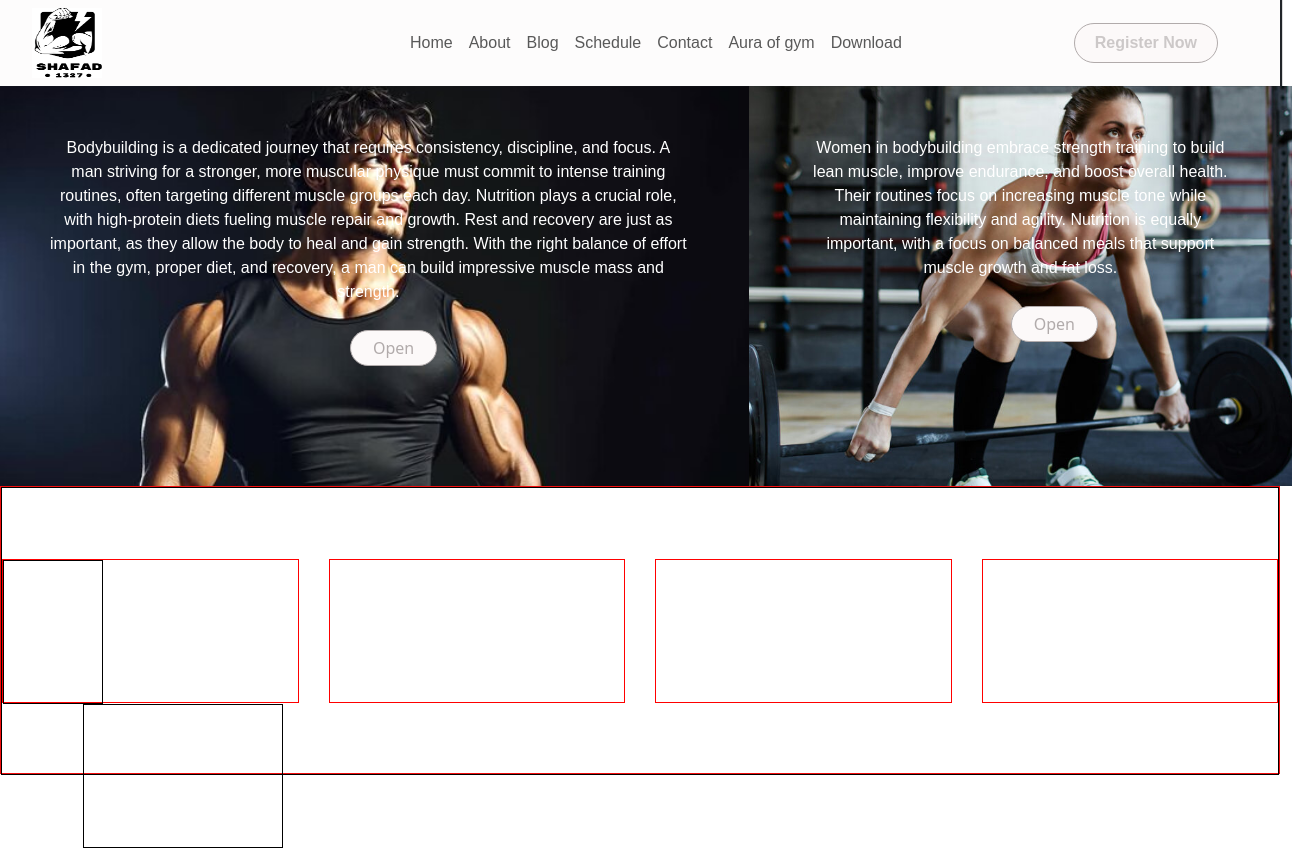
Repository: Daud-shafad/gymwebsite
Page: bootstrap-5.3.3-dist/bootstrap-5.3.3-dist/gym.html
These files come from the project's save history. The page is drawn as it stood at one moment and after the next save; the edit follows.
The browser window is 1280 px wide. The page is 1292 px wide, so the pictures cover 1292 px, including what lies to the right of the window. The pictures show the whole page.

Above is the page before, as saved 2024-12-28 14:38:56.

### bootstrap-5.3.3-dist/bootstrap-5.3.3-dist/gym.html
<!DOCTYPE html>
<html lang="en">
<head>
    <title>GYM WEBSITE</title>
    <meta charset="UTF-8">
    <meta name="viewport" content="width=device-width, initial-scale=1.0">
    <meta name="author" content="Daud_Shafad">
    <meta name="Description" content="This gym website front-end part">
    <meta name="keyword" content="html, css, bootstrap, front-end, gym, website">
    <link rel="stylesheet" href="gym.css">
    <link rel="stylesheet" href="css/bootstrap.css">


</head>
<body>

    <nav class="navbar navbar-expand-lg" style="background-color: rgb(253, 252, 252); box-shadow: 1px -1px 1px 1px">
        <div class="container-fluid">
          <img src="power.png" style="width: 70px;
          height: 70px; margin-left: 20px;" >
          <button class="navbar-toggler" type="button" data-bs-toggle="collapse" data-bs-target="#navbarSupportedContent" aria-controls="navbarSupportedContent" aria-expanded="false" aria-label="Toggle navigation">
            <span class="navbar-toggler-icon"></span>
          </button>
          <div class="collapse navbar-collapse" id="navbarSupportedContent" style="font-family: sans-serif;">
            <ul class="navbar-nav me-auto mb-2 mb-lg-0" style="margin-left: 300px;">
              <li class="nav-item" >
                <a class="nav-link" aria-current="page" href="#">Home</a>
              </li>
              <li class="nav-item" >
                <a class="nav-link" href="#">About</a>
              </li>
              <li class="nav-item">
                <a class="nav-link" href="#">Blog</a>
              </li>
              <li class="nav-item">
                <a class="nav-link" aria-disabled="false">Schedule</a>
              </li>
              <li class="nav-item">
                <a class="nav-link" aria-disabled="false">Contact</a>
              </li>
              <li class="nav-item">
                <a class="nav-link" aria-disabled="false">Aura of gym</a>
              </li>
              <li class="nav-item">
                <a class="nav-link" aria-disabled="false">Download</a>
              </li>
              </ul>
           <button class="btn-register">
            Register Now
           </button>
          </div>
        </div>
      </nav>

      <div class="row">
        <div class="col-7">
          <p class="p-man-bodybuilding">Bodybuilding is a dedicated journey that requires consistency, discipline, and focus. A man striving for a stronger, more muscular physique must commit to intense training routines, often targeting different muscle groups each day. Nutrition plays a crucial role, with high-protein diets fueling muscle repair and growth. Rest and recovery are just as important, as they allow the body to heal and gain strength. With the right balance of effort in the gym, proper diet, and recovery, a man can build impressive muscle mass and strength.</p>
          <button class="btn-open-1">Open</button>
        </div>
        <div class="col-5">
        <p class="p-women-bodybuilding">Women in bodybuilding embrace strength training to build lean muscle, improve endurance, and boost overall health. Their routines focus on increasing muscle tone while maintaining flexibility and agility. Nutrition is equally important, with a focus on balanced meals that support muscle growth and fat loss.</p>
        <button class="btn-open-2">Open</button>
    </div>
      </div>

    <section class="section-1">
     <div class="managers-part">
       <div class="part-1">
       <div class="image-1-part">

       </div>
       <div class="info-1-part">

       </div>
       </div>

       <div class="part-2">
       <div class="image-2-part">

       </div>

       <div class="info-2-part">

       </div>
       </div>

       <div class="part-3">
        <div class="image-3-part">

        </div>

        <div class="info-3-part">

        </div>
       </div>

       <div class="part-4">
        <div class="image-4-part">

        </div>

        <div class="info-4-part">

        </div>
       </div>
     </div>

    </section>



    <script src="js/bootstrap.js"></script>


</body>
</html>

### bootstrap-5.3.3-dist/bootstrap-5.3.3-dist/gym.css
*{
    margin:0;
    padding: 0;
}

.btn-register{
    background-color: rgb(252, 249, 249);
    padding: 7px 20px 7px 20px;
    border: 1px solid rgb(177, 171, 171);
    cursor: pointer;
    border-radius: 25px;
    margin-right: 50px;
    font-family: sans-serif;
    font-size: 16px;
    font-weight: 600;
    color: rgb(204, 200, 200);
    text-transform: capitalize;
    transition: all 2s;
}

.btn-register:hover{
   background-color: rgb(177, 171, 171);
   color: rgb(252, 249, 249);
   border: rgb(252, 249, 249);
   letter-spacing: 2px;
   box-shadow: 2px 1px 2px 2px;

}

#navbarSupportedContent:hover{
    letter-spacing: 1px;
    color: black;
    cursor: pointer;
    transition: all 2s;
}

.row .col-7{

    background: url(Trainer3.jpg);
    background-position: center;
    background-size: cover;
    background-repeat: no-repeat;
    height: 400px;

}

.row .col-7 .p-man-bodybuilding{
    font-family: sans-serif;
    font-size: 16px;
    font-weight: 400;
    text-align: center;
    padding: 50px;
    color: white;
}

.row .col-7 .btn-open-1{
   background-color: rgb(252, 249, 249);
   color: rgb(177, 171, 171);
   border: 1px solid rgb(177, 171, 171);
   cursor: pointer;
   border-radius: 25px;
   padding: 5px 22px 5px 22px;
   margin: -40px 50px 50px 350px;
   vertical-align: top;
   transition: all 2s;
}

.row .col-7 .btn-open-1:hover{
    background-color: rgb(177, 171, 171);
    color: rgb(252, 249, 249);
    border: rgb(252, 249, 249);
    letter-spacing: 2px;
    box-shadow: 2px 1px 2px 2px;
}

.row .col-5{
    background: url(Photowomen2.jpg);
    background-position: center;
    background-size: cover;
    background-repeat: no-repeat;
    height: 400px;


}

.row .col-5 .p-women-bodybuilding{
    font-family: sans-serif;
    font-size: 16px;
    font-weight: 400;
    text-align: center;
    padding: 50px;
    color: white;
}

.row .col-5 .btn-open-2{
    background-color: rgb(252, 249, 249);
    color: rgb(177, 171, 171);
    border: 1px solid rgb(177, 171, 171);
    cursor: pointer;
    border-radius: 25px;
    padding: 5px 22px 5px 22px;
    margin: -40px 50px 50px 250px;
    vertical-align: top;
    transition: all 2s;
 }

 .row .col-5 .btn-open-2:hover{
     background-color: rgb(177, 171, 171);
     color: rgb(252, 249, 249);
     border: rgb(252, 249, 249);
     letter-spacing: 2px;
     box-shadow: 2px 1px 2px 2px;
 }

 .section-1{
    display: block;
    position: relative;
    width: 100%;
    height: 40vh;
    border: 1px solid rgb(243, 14, 14);
 }
 .section-1 .managers-part{
    display: flex;
    position: absolute;
    flex-direction: row;
    gap: 30px;
    align-items: center;
    justify-content: center;
    width: 100%;
    height: 40vh;
    border: 1px solid black;
 }

 .section-1 .managers-part .part-1{
    width: 300px;
    height: 20vh;
    border: 1px solid red;
    cursor: pointer
 }

 .section-1 .managers-part .part-1 .image-1-part{
    width: 100px;
    height: 20vh;
    border: 1px solid black;
}

.section-1 .managers-part .part-1 .info-1-part{
    width: 200px;
    height: 20vh;
    margin-left: 80px;
    border: 1px solid black;
}

 .section-1 .managers-part .part-2{
    width: 300px;
    height: 20vh;
    border: 1px solid red;
    cursor: pointer
 }

 .section-1 .managers-part .part-3{
    width: 300px;
    height: 20vh;
    border: 1px solid red;
    cursor: pointer
 }

 .section-1 .managers-part .part-4{
    width: 300px;
    height: 20vh;
    border: 1px solid red;
    cursor: pointer
 }

Loaded but not shown: bootstrap-5.3.3-dist/bootstrap-5.3.3-dist/css/bootstrap.css (library); bootstrap-5.3.3-dist/bootstrap-5.3.3-dist/js/bootstrap.js (library)

After the next save:
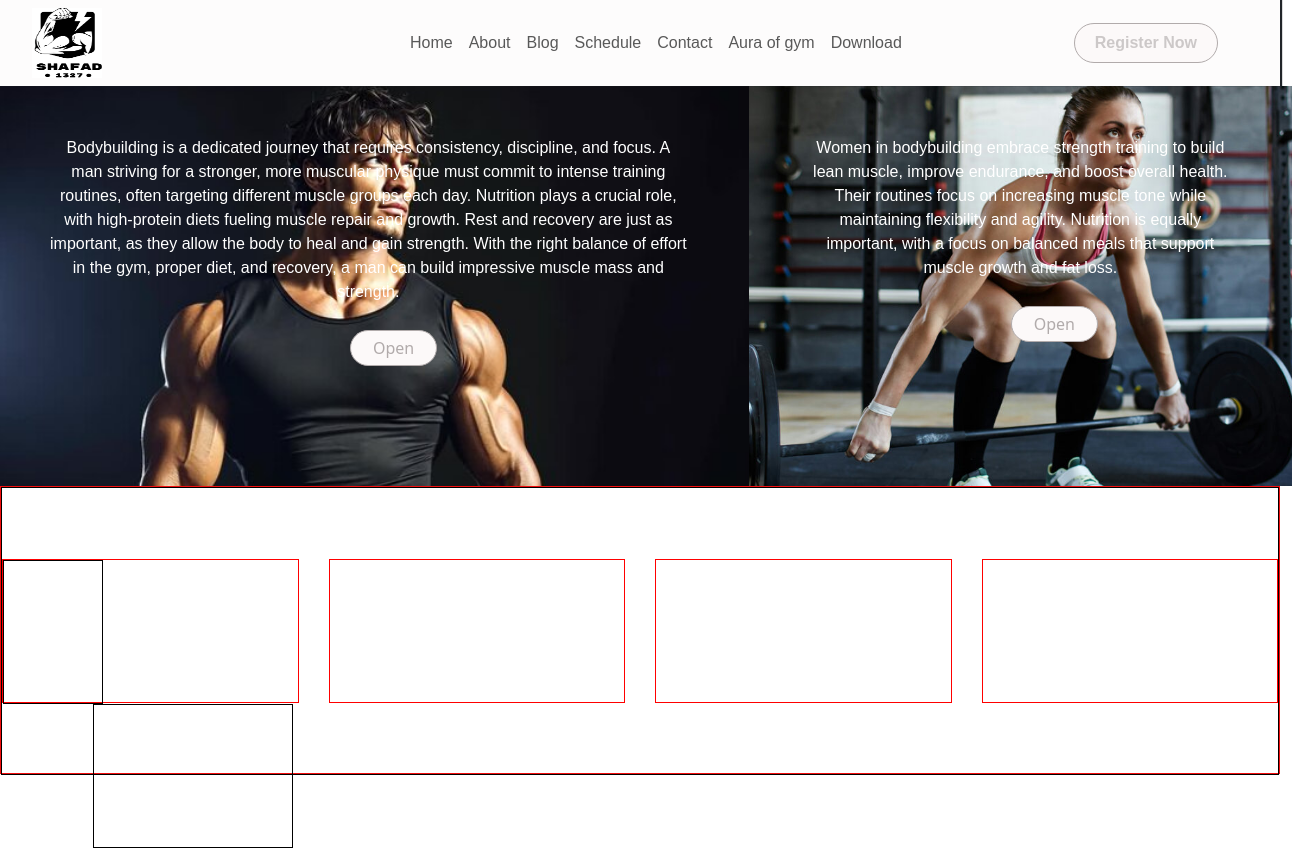
Saved 16 s later.
--- a/bootstrap-5.3.3-dist/bootstrap-5.3.3-dist/gym.css
+++ b/bootstrap-5.3.3-dist/bootstrap-5.3.3-dist/gym.css
@@ -147,7 +147,7 @@
 .section-1 .managers-part .part-1 .info-1-part{
     width: 200px;
     height: 20vh;
-    margin-left: 80px;
+    margin-left: 90px;
     border: 1px solid black;
 }
 
